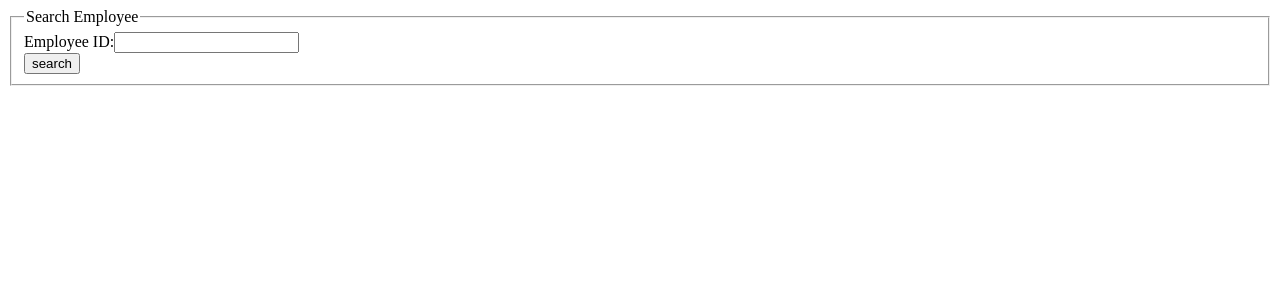
Repository: sunilbiradar179/TY_CG_HTD_BangaloreNovember_JFS_SunilBiradar
Page: http://localhost/mywebapp/searchEmpJsp.jsp
An editor plug-in stored every save of this project. The page is shown before and after the next save, followed by the edit.
The browser window is 1280 px wide. The pictures show the whole page.
The page is served by Tomcat 9. Other server files are loaded and not shown.

Above is the page before, as saved 2019-12-17 14:15:31.

### Back End/Servlets/mywebapp/src/main/webapp/searchEmpJsp.jsp
<%@ page language="java" contentType="text/html; charset=ISO-8859-1"
    pageEncoding="ISO-8859-1"%>


 <%@page session="false" %>
<!DOCTYPE html PUBLIC "-//W3C//DTD HTML 4.01 Transitional//EN" "http://www.w3.org/TR/html4/loose.dtd">
<html>
<head>
<meta http-equiv="Content-Type" content="text/html; charset=ISO-8859-1">
<title>Insert title here</title>
</head>
<body>

<fieldset>
	<legend>Search Employee</legend>
	<form action="./searchEmployee3" method="get">
	Employee ID:<input type="number" name="empid" required><br>
	<input type="submit" value="search">


	</form>
	</fieldset>

</body>
</html>

After the next save:
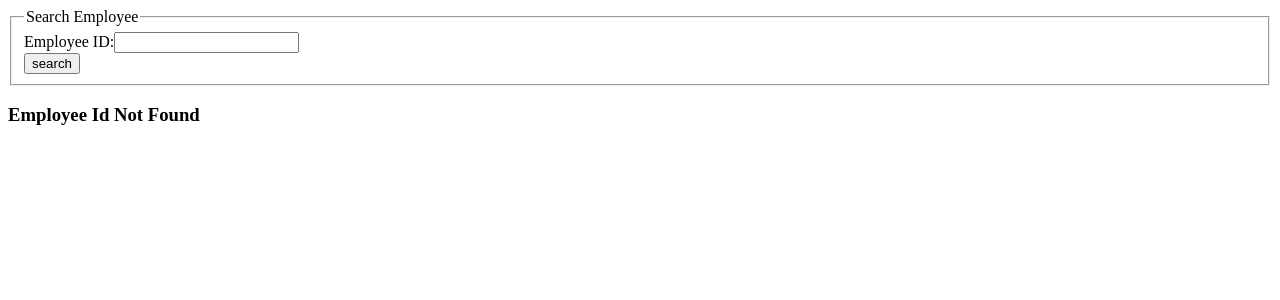
Saved 6 min 47 s later.
--- a/Back End/Servlets/mywebapp/src/main/webapp/searchEmpJsp.jsp
+++ b/Back End/Servlets/mywebapp/src/main/webapp/searchEmpJsp.jsp
@@ -1,8 +1,10 @@
+<%@page import="com.capgmini.mywebapp.beans.EmployeeInfoBean"%>
 <%@ page language="java" contentType="text/html; charset=ISO-8859-1"
     pageEncoding="ISO-8859-1"%>
 
 
  <%@page session="false" %>
+ <%EmployeeInfoBean employeeInfoBean=(EmployeeInfoBean) request.getAttribute("employeeInfoBean"); %>
 <!DOCTYPE html PUBLIC "-//W3C//DTD HTML 4.01 Transitional//EN" "http://www.w3.org/TR/html4/loose.dtd">
 <html>
 <head>
@@ -20,6 +22,15 @@
 
 	</form>
 	</fieldset>
-
+		<%if(employeeInfoBean==null) { %>
+		<h3> Employee Id Not Found</h3>
+		<%} else { %>
+		<h3> Details For EmployeeId<%=employeeInfoBean.getEmpId() %></h3>
+		<br>
+		Employee Name=<%= employeeInfoBean.getName() %><br>
+		Employee Salary=<%= employeeInfoBean.getSalary() %><br>
+		Employee Age=<%= employeeInfoBean.getAge() %><br>
+		Employee Designation=<%= employeeInfoBean.getDesignation() %><br>
+		<%} %>
 </body>
 </html>
